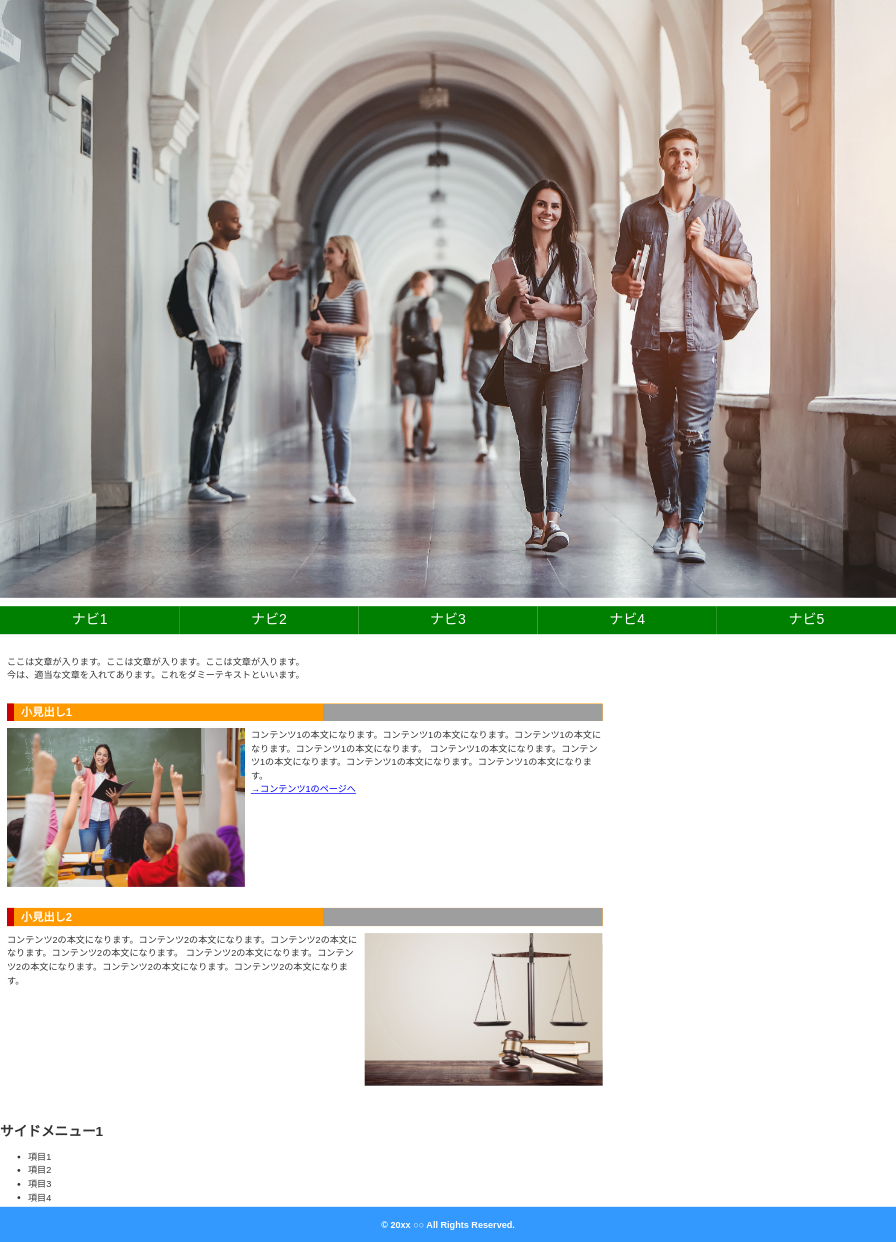
Repository: ryoji1228/samurai_HTML-CSS
Page: home.html
The author's editor kept a record of every edit. The page is drawn from the files as they stood at one moment, then again after the next edit.
The browser window is 1280 px wide. The pictures show the whole page, at 70% of full size.
Pictures or frames that could not be fetched are drawn as grey boxes.

Above is the page before.

After the next edit:
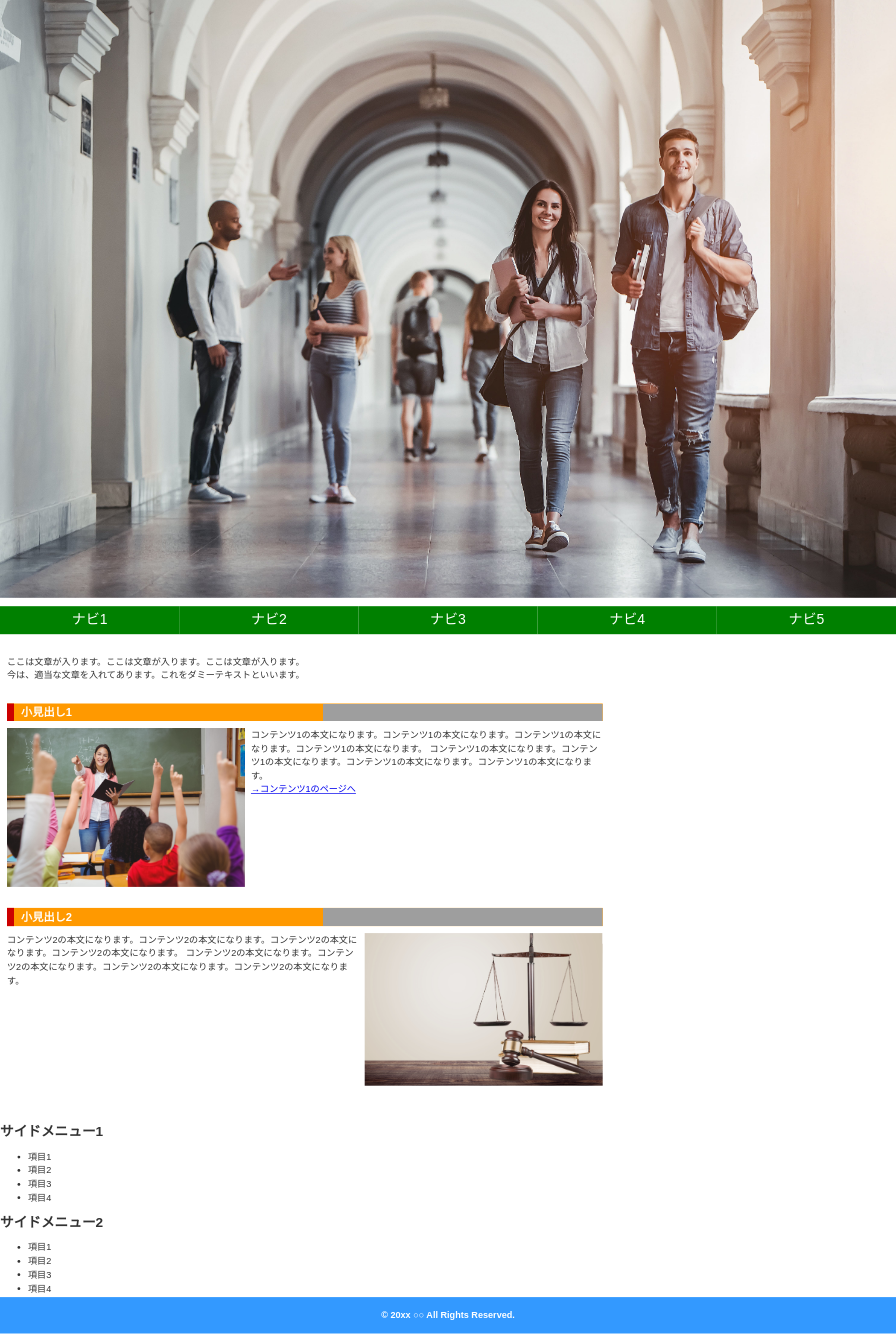
The edit:
--- a/home.html
+++ b/home.html
@@ -56,7 +56,15 @@
                 </div>
             </div>
             <div class="box">
-
+                <h2>サイドメニュー2</h2>
+                <div class="boxBody">
+                    <ul>
+                        <li>項目1</li>
+                        <li>項目2</li>
+                        <li>項目3</li>
+                        <li>項目4</li>
+                    </ul>
+                </div>
             </div>
         </div>
     </div>
